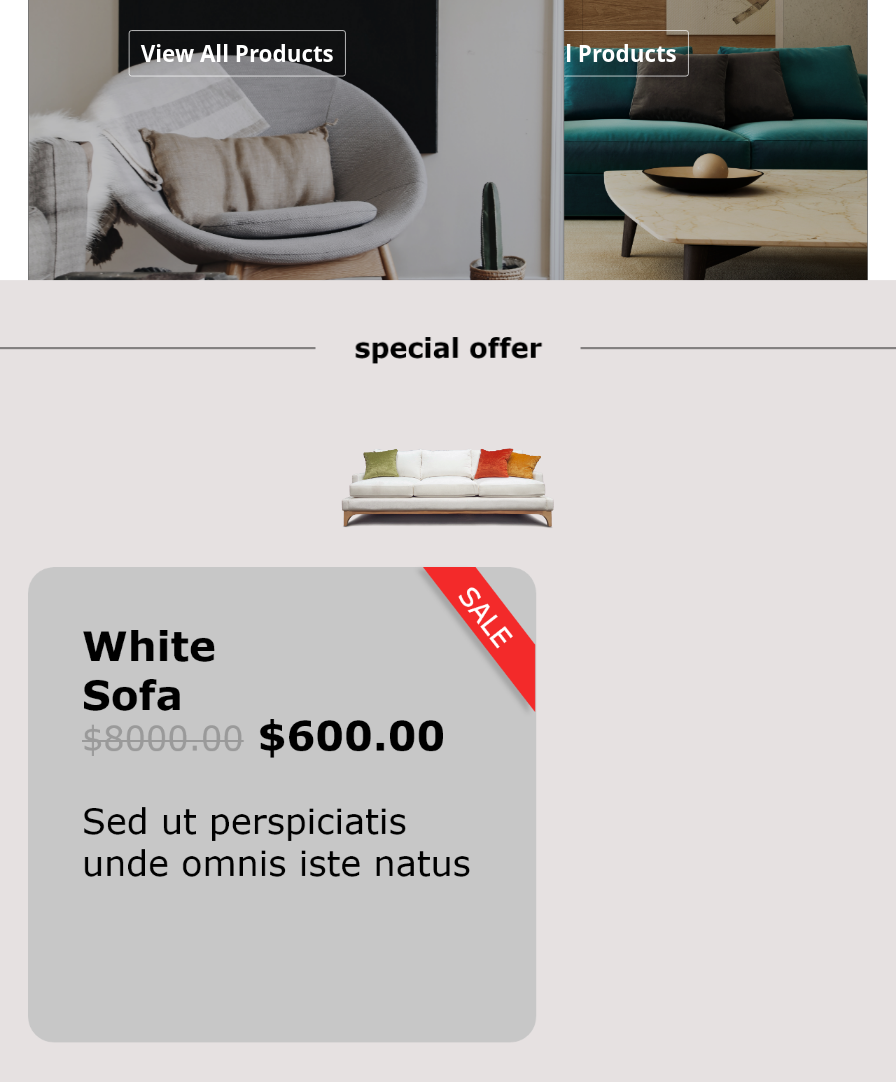
Repository: MEROO1010/creative_home
Page: /
These files come from the project's save history. The page is drawn as it stood at one moment and after a run of saves; the edit follows.
The browser window is 1280 px wide. The pictures show the part of the page from y = 1233 to 3153 px (the page is 2779 px tall before and 3153 px after), at 70% of full size.
The project was rebuilt for these pictures with package versions that can differ from the ones it lists, and the page was loaded fresh each time. The framework's server and built-in components were replaced by stand-ins that run in the browser. Also part of the build but not shown: next.config.js.

Above is the page before, as saved 2022-12-12 09:58:56.

After the next 6 saves:
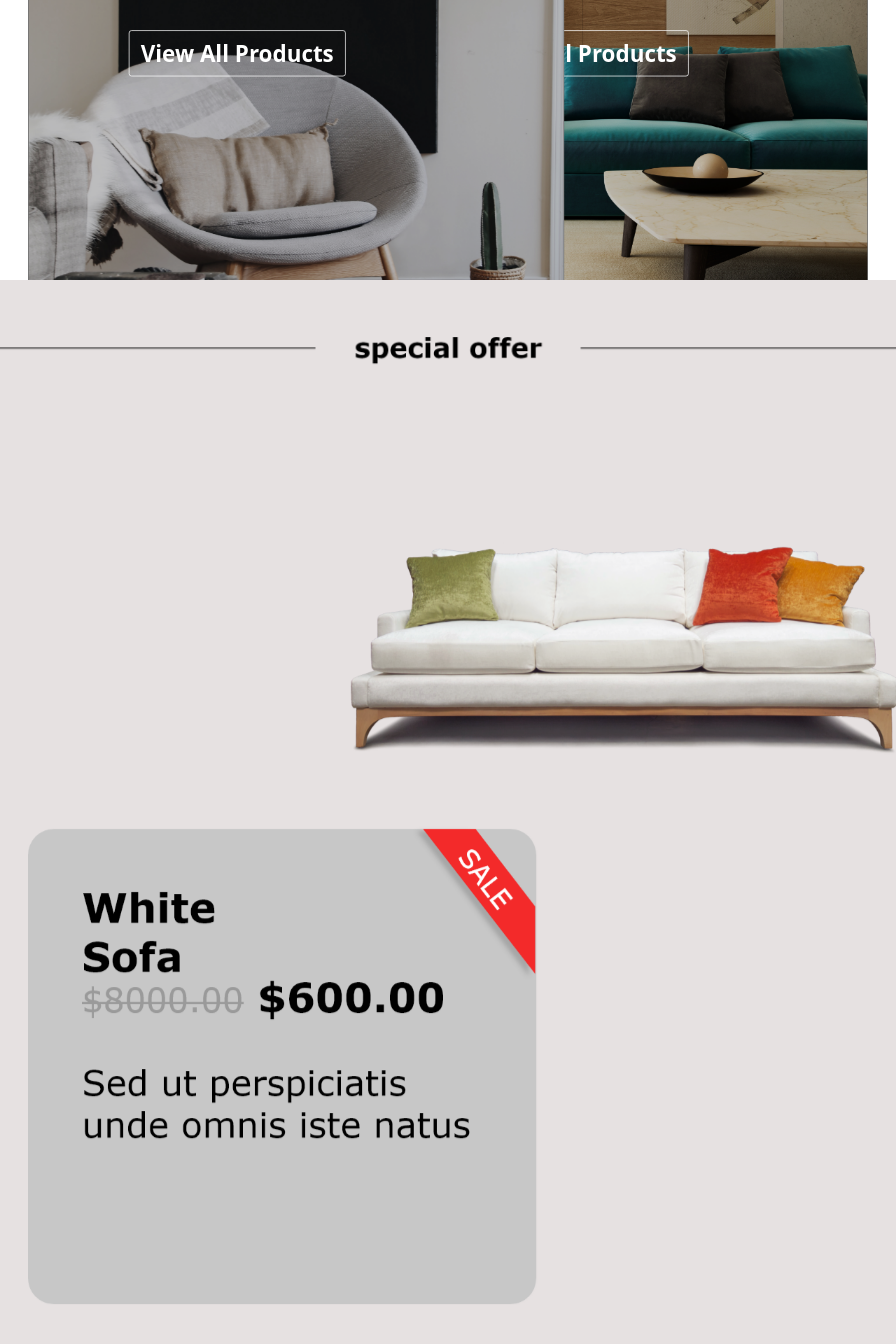
The 6 saves are shown as one change because they came seconds apart.
The last was saved 19 s later.
--- a/components/SpecialOffer.tsx
+++ b/components/SpecialOffer.tsx
@@ -16,7 +16,7 @@ const SpecialOffer = () => {
 
          </div>
 
-         <div className='  relative mx-80 left-82 px-40'>
+         <div className='  relative mx-90 left-80 px-40'>
           <Image src={sofa2} alt=''/>
 
          </div>
